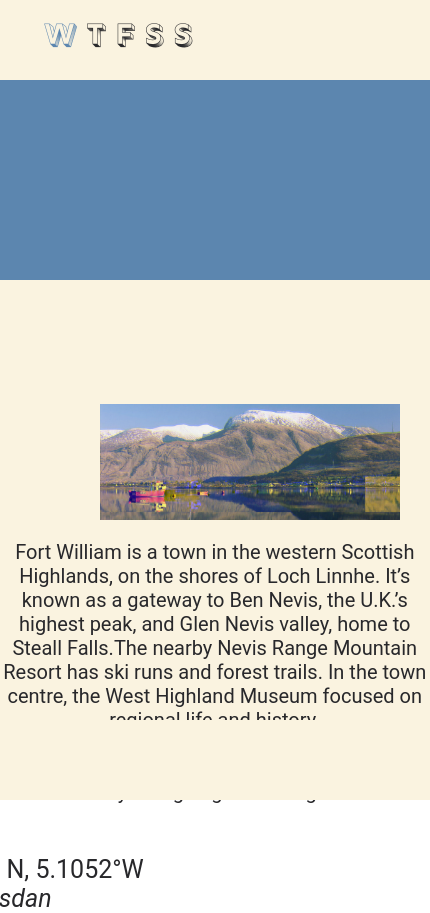
Repository: etak-yram/FINAL-CFG-WEB-DEV
Page: wednesday.html
The author's editor kept a copy of each file at every save. The page is drawn from the files as they stood at one save, then again after the next save.
The browser window is 375 px wide. The page is 430 px wide, so the pictures cover 430 px, including what lies to the right of the window. The pictures show the whole page.

Above is the page before, as saved 2022-07-27 12:38:50.

After the next save:
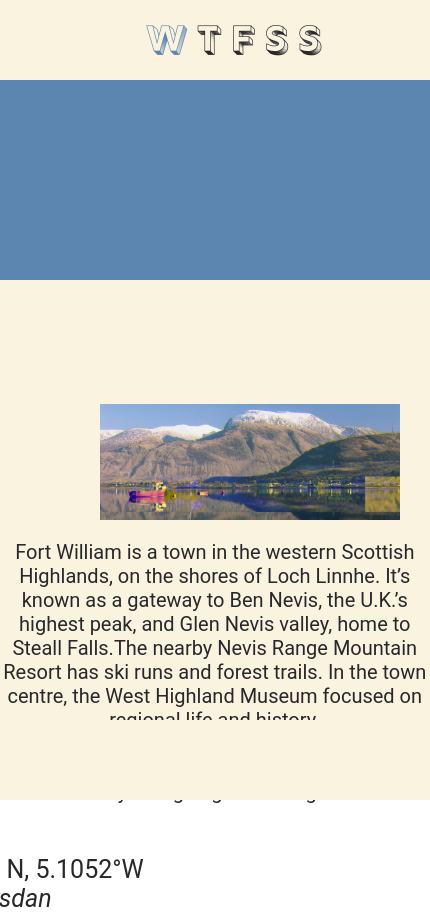
Saved 10 s later.
--- a/style-main.css
+++ b/style-main.css
@@ -204,7 +204,7 @@ footer {
   .mobile-navbar {
     display: flex;
     list-style: none;
-    /* justify-content: center; */
+    justify-content: center;
     justify-items: center;
 
   }
@@ -213,7 +213,7 @@ footer {
     font-family: halftone;
     text-decoration: none;
     color: #28282B;
-    font-size: 2rem;
+    font-size: 2.5rem;
     padding: 5px;
 
   }
